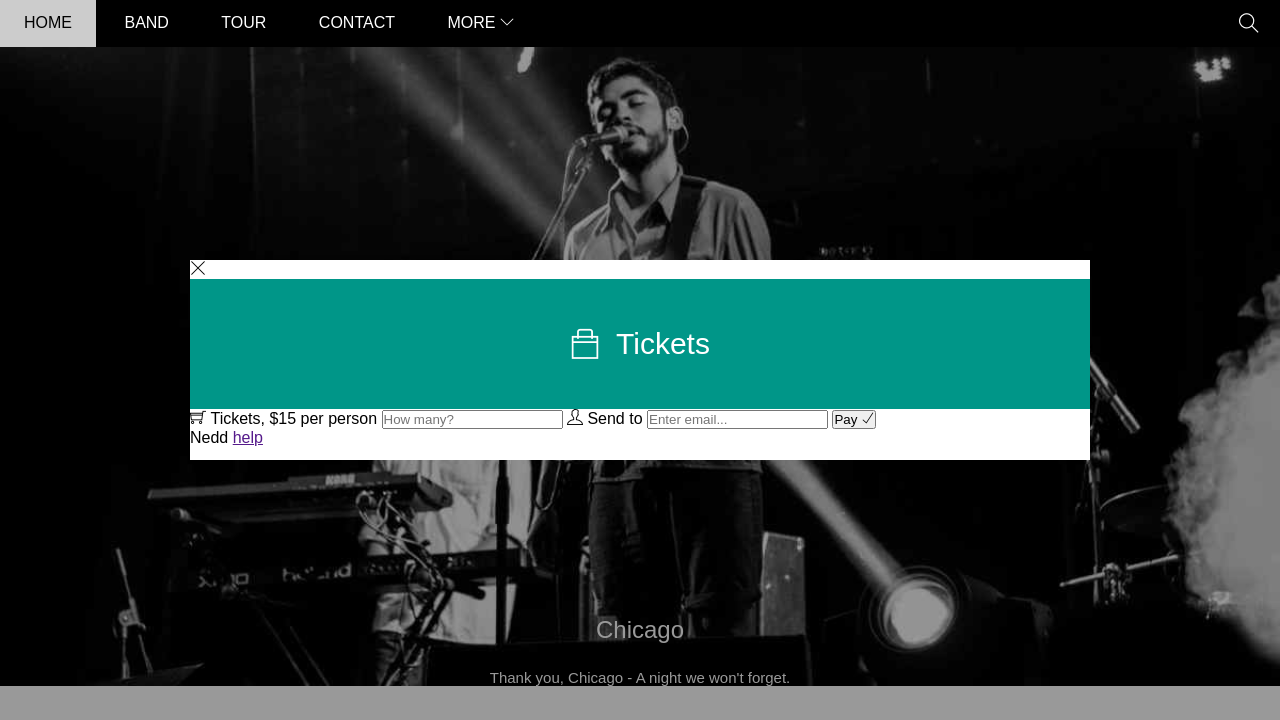
Repository: Thanhtrunghoang123/the-band
Page: index.html
The author's editor kept a copy of each file at every save. The page is drawn from the files as they stood at one save, then again after the next save.
The browser window is 1280 px wide. The pictures show the window.
A layer covers the whole window, so only the first screen is drawn.

Above is the page before, as saved 2022-07-21 22:06:10.

After the next save:
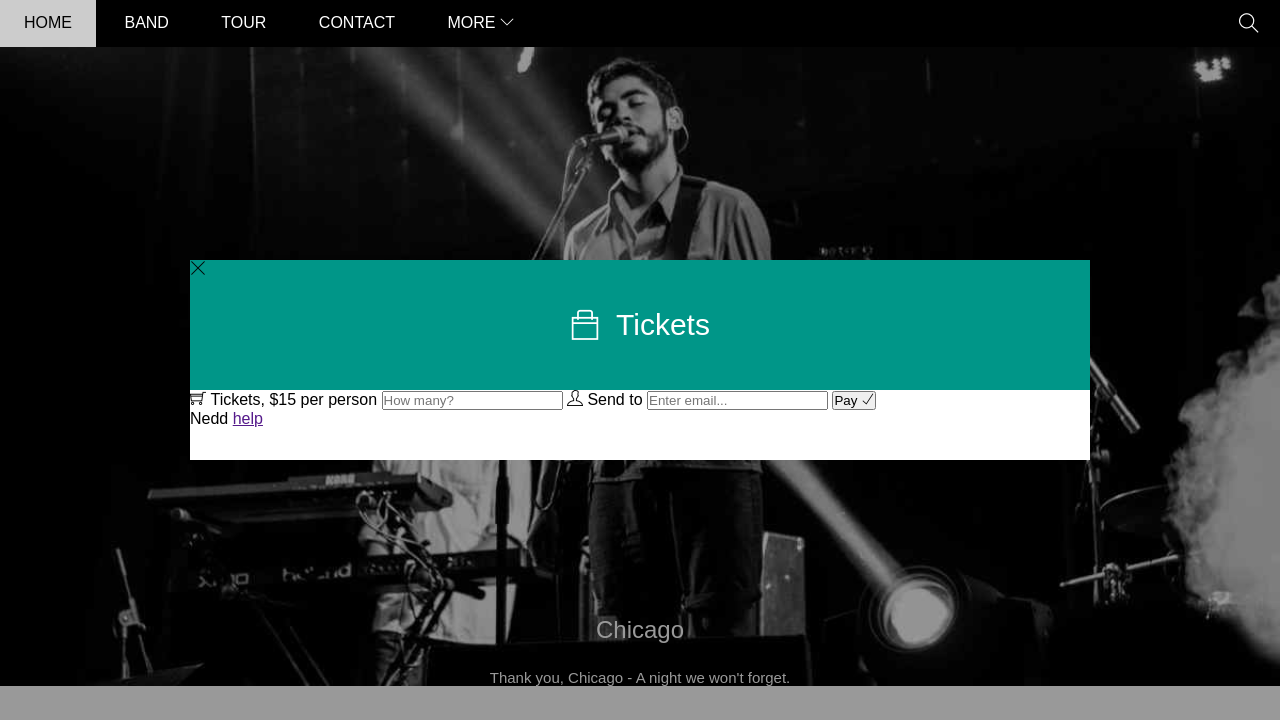
Saved 21 s later.
--- a/assest/css/style.css
+++ b/assest/css/style.css
@@ -285,6 +285,7 @@
     background: #fff ;
     width: 900px;
     min-height: 200px;
+    position: relative;
 
 
 }
@@ -304,6 +305,10 @@
     padding-right: 16px;
 }
 
+.modal-close{
+    position: absolute;
+}
+
 #footer{
 
 }
